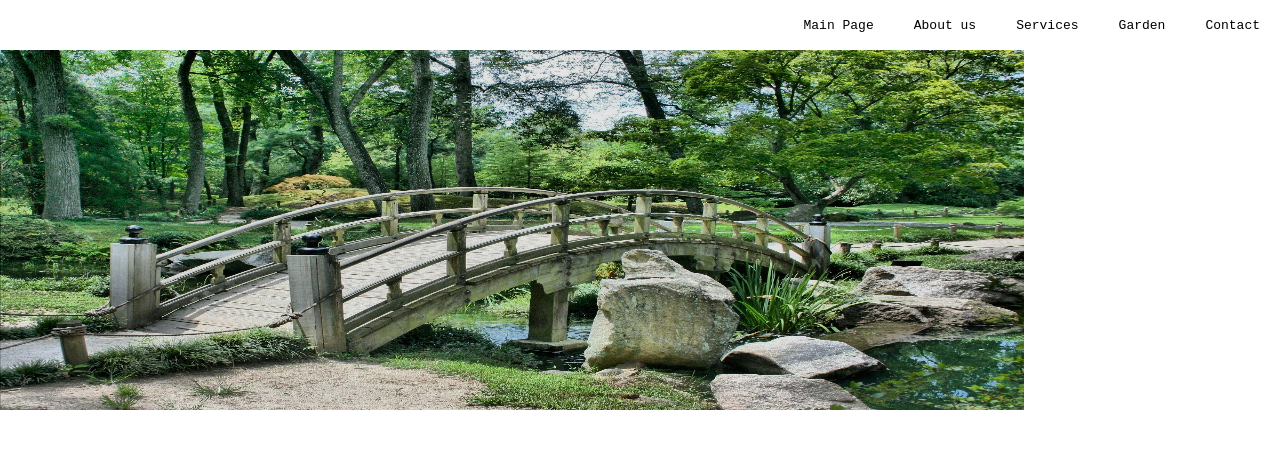
Repository: PatryxB/garden
Page: http://localhost/
The author's editor kept a copy of each file at every save. The page is drawn from the files as they stood at one save, then again after the next save.
The browser window is 1280 px wide. The pictures show the whole page.
Some web fonts or font styles are not loaded; a fallback is used. The page is served by the project's Laravel application, run on PHP 8.4 with Laravel 8. Style sheets and scripts are compiled from the project's sources, by tool versions that may differ from the author's.

Above is the page before, as saved 2020-05-01 21:30:39.

After the next save:
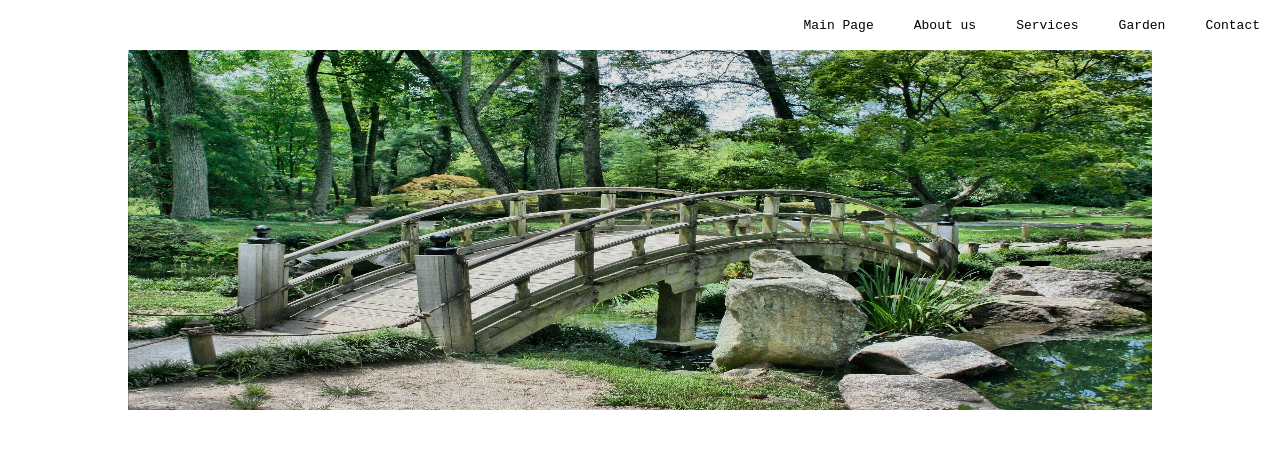
Saved 2 min 0 s later.
--- a/resources/sass/app.scss
+++ b/resources/sass/app.scss
@@ -24,10 +24,13 @@ nav ul li a{
 li{
     list-style: none;
 }
+.banner{
+    width: 80%;
+    margin: 0 auto;
+}
 .banner img{
-    width: 80%;
+    width: 100%;
     height: 50vh;
-    margin: 0 auto;
     position: relative;
     filter: brightness(90%);
 }
